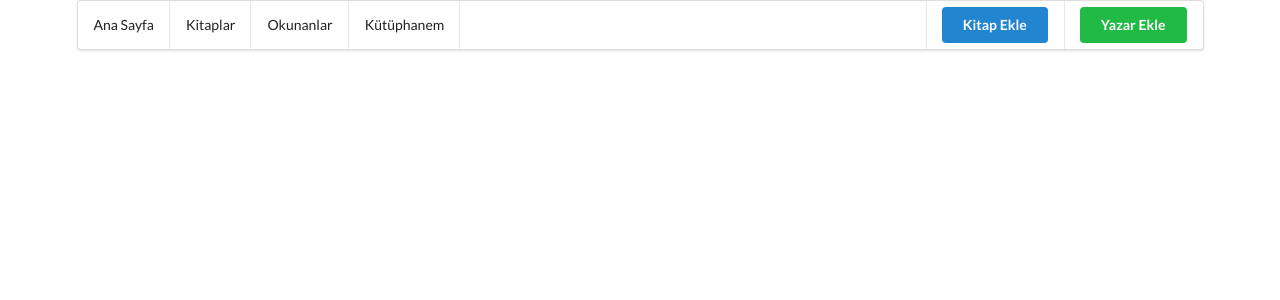
Repository: rizacantire/libraryReactApp
Page: /authors
The author's editor kept a copy of each file at every save. The page is drawn from the files as they stood at one save, then again after the next save.
The browser window is 1280 px wide. The pictures show the whole page.
The page's requests for data from a server got no answer. The project was rebuilt for these pictures with package versions that can differ from the ones it lists, and the page was loaded fresh each time. No one was signed in, and anything a server would have sent is missing.

Above is the page before, as saved 2021-08-18 00:09:30.

After the next save:
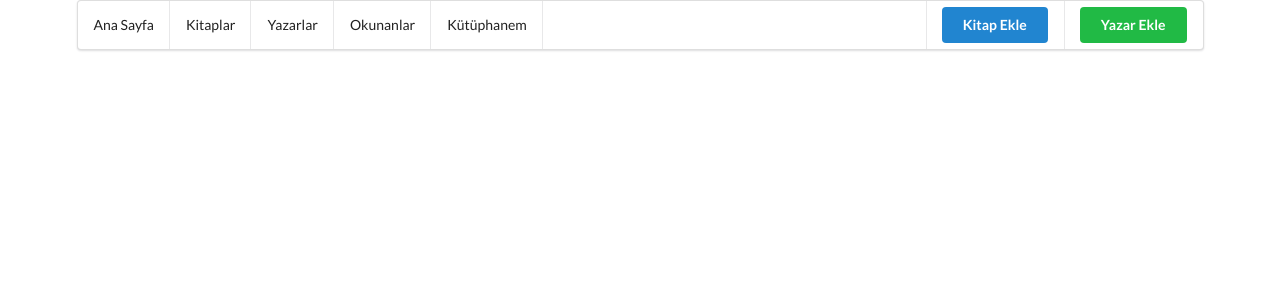
Saved 26 s later.
--- a/src/layouts/Navi.jsx
+++ b/src/layouts/Navi.jsx
@@ -6,6 +6,7 @@ export default function Navi() {
     <Menu >
       <Menu.Item name="home">Ana Sayfa</Menu.Item>
       <Menu.Item name="kitaplar" />
+      <Menu.Item name="yazarlar" />
       <Menu.Item name="okunanlar" />
       <Menu.Item name="kutuphanem">Kütüphanem</Menu.Item>
 
